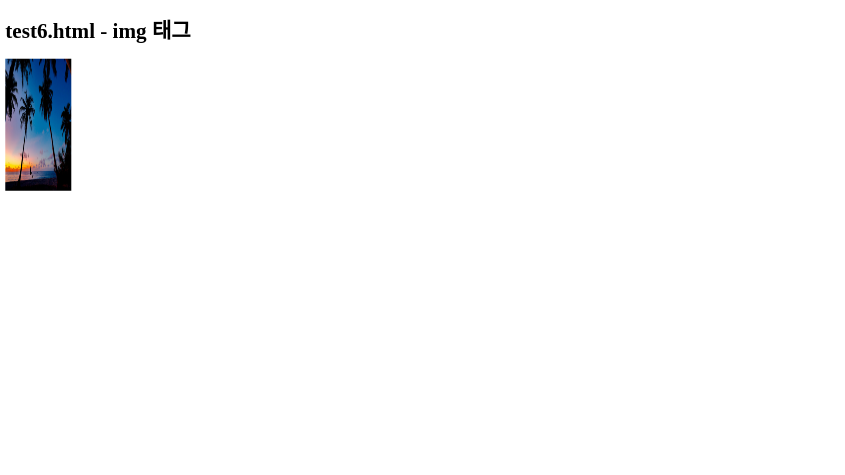
Repository: KimMinseooo/itwillStudy
Page: BACKEND/JSP/workspace_jsp/StudyHTML/src/main/webapp/1024/test6.html
An editor plug-in stored every save of this project. The page is shown before and after the next save, followed by the edit.
The browser window is 1280 px wide. The pictures show the whole page, at 66% of full size.

Above is the page before, as saved 2024-10-24 02:35:41.

### BACKEND/JSP/workspace_jsp/StudyHTML/src/main/webapp/1024/test6.html
<!DOCTYPE html>
<html>
<head>
<meta charset="UTF-8">
<title>Insert title here</title>
</head>
<body>
	<h1>test6.html - img 태그 </h1>

	<img alt="" src="1.jpg" width="100" height="200">

</body>
</html>

After the next save:
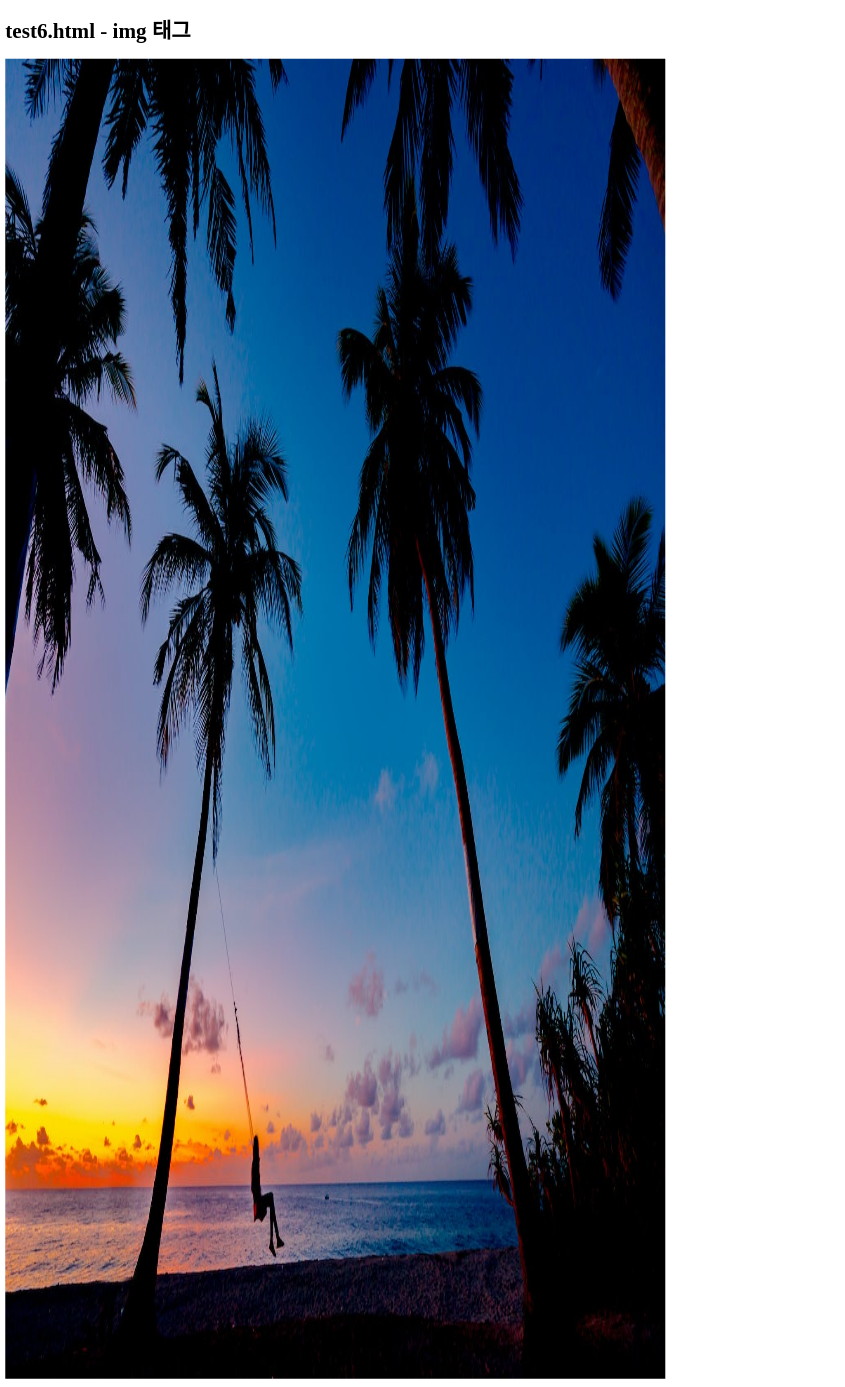
Saved 14 s later.
--- a/BACKEND/JSP/workspace_jsp/StudyHTML/src/main/webapp/1024/test6.html
+++ b/BACKEND/JSP/workspace_jsp/StudyHTML/src/main/webapp/1024/test6.html
@@ -7,7 +7,7 @@
 <body>
 	<h1>test6.html - img 태그 </h1>
 
-	<img alt="" src="1.jpg" width="100" height="200">
+	<img alt="" src="1.jpg" width="1000" height="2000">
 
 </body>
 </html>
